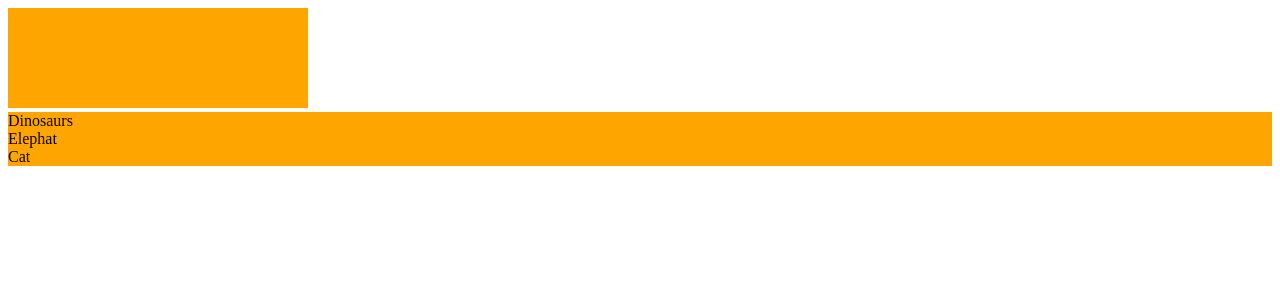
Repository: ajaytech/D3-sample-code
Page: D3 codes/D3SVG.html
The author's editor kept a record of every edit. The page is drawn from the files as they stood at one moment, then again after the next edit.
The browser window is 1280 px wide. The pictures show the whole page.

Above is the page before.

After the next edit:
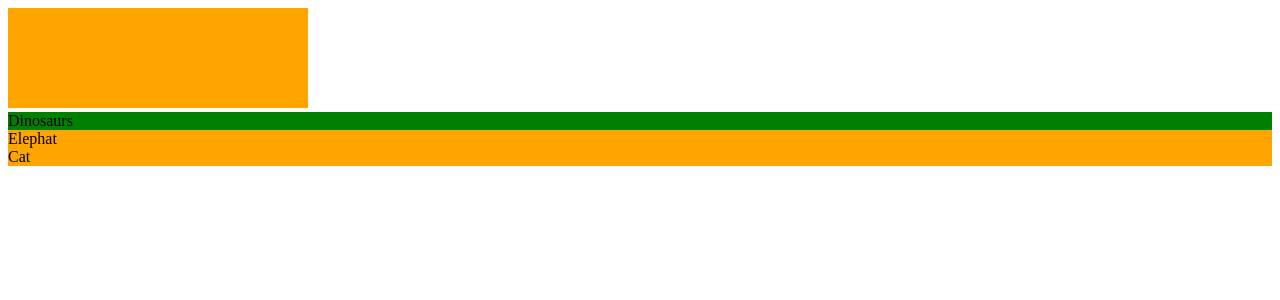
The edit:
--- a/D3 codes/D3SVG.html
+++ b/D3 codes/D3SVG.html
@@ -16,7 +16,9 @@
 <div>Cat</div>
 
 <script>
-    var svg = d3.selectAll("div").style("background","orange");
+   d3.selectAll("div").style("background","orange");
+
+ d3.select("#demo").style("background","green");
 
 
 
